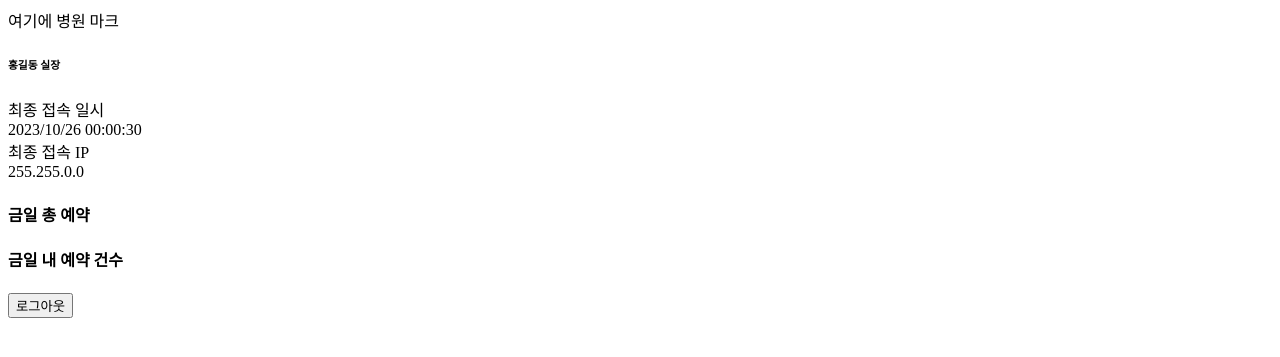
Repository: j-pyohub/LIBRARY_PROJECT
Page: CRM_Project/WebContent/doctorSidebar.html
An editor plug-in stored every save of this project. The page is shown before and after the next save, followed by the edit.
The browser window is 1280 px wide. The pictures show the whole page.

Above is the page before, as saved 2025-10-11 09:01:41.

### CRM_Project/WebContent/doctorSidebar.html
<meta charset="utf-8">
<!-- sidebar.html -->
<aside class="bg-white border-end vh-100 d-flex flex-column p-3">
  <!--  <div class="text-center mb-4">
    <img src="hospital_logo.png" alt="병원 로고" class="img-fluid" style="max-width:100px;">
  </div>-->
  	<div>여기에 병원 마크</div>
  <div class="card mb-4">

    <div class="card-body text-center">
      <h6 class="fw-bold mb-1">홍길동 <span class="text-muted">실장</span></h6>
      <div class="small text-muted">최종 접속 일시</div>
      <div class="small">2023/10/26 00:00:30</div>
      <div class="small text-muted mt-2">최종 접속 IP</div>
      <div class="small">255.255.0.0</div>
    </div>
  </div>

 <div>
 <h4>금일 총 예약</h4>
 <h4>금일 내 예약 건수</h4>
 </div>

  <div class="mt-4 text-center">
    <button class="btn btn-danger w-100">로그아웃</button>
  </div>
</aside>

After the next save:
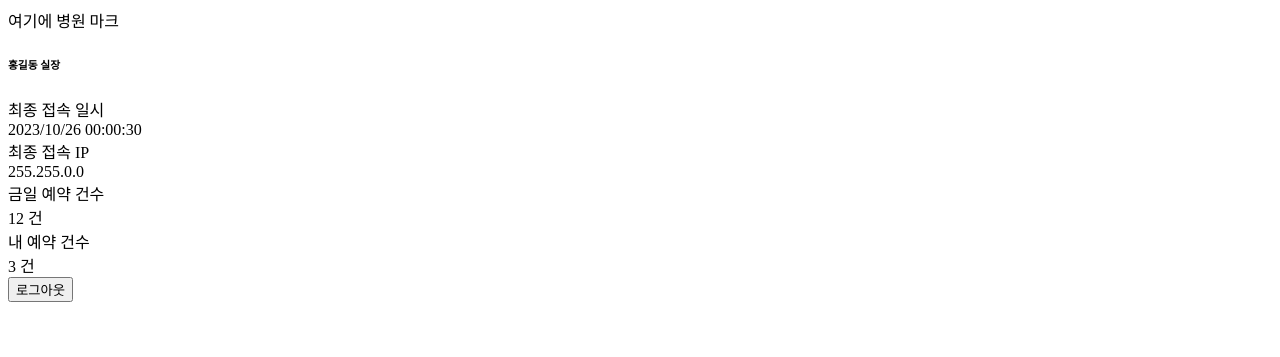
Saved 3 min 0 s later.
--- a/CRM_Project/WebContent/doctorSidebar.html
+++ b/CRM_Project/WebContent/doctorSidebar.html
@@ -16,10 +16,17 @@
     </div>
   </div>
 
- <div>
- <h4>금일 총 예약</h4>
- <h4>금일 내 예약 건수</h4>
- </div>
+ <!-- 예약 건수 카드 -->
+  <div class="border rounded-3 text-center p-3 mt-4 w-100 bg-body">
+    <div class="fw-bold">금일 예약 건수</div>
+    <div class="display-6 fw-semibold my-2 text-primary">12 건</div>
+  </div>
+
+  <!-- 내 예약 건수 카드 -->
+  <div class="border rounded-3 text-center p-3 mt-3 w-100 bg-body">
+    <div class="fw-bold">내 예약 건수</div>
+    <div class="display-6 fw-semibold my-2 text-primary">3 건</div>
+  </div>
 
   <div class="mt-4 text-center">
     <button class="btn btn-danger w-100">로그아웃</button>
